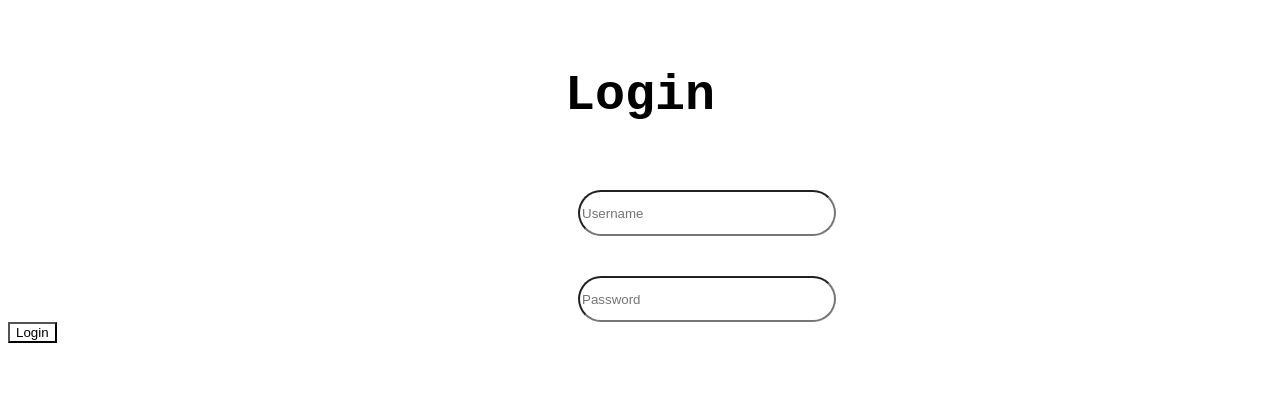
Repository: yhung004/TUTORIAL_PAGE
Page: log_in.html
An editor plug-in stored every save of this project. The page is shown before and after the next save, followed by the edit.
The browser window is 1280 px wide. The pictures show the whole page.

Above is the page before, as saved 2024-04-10 12:35:07.

After the next save:
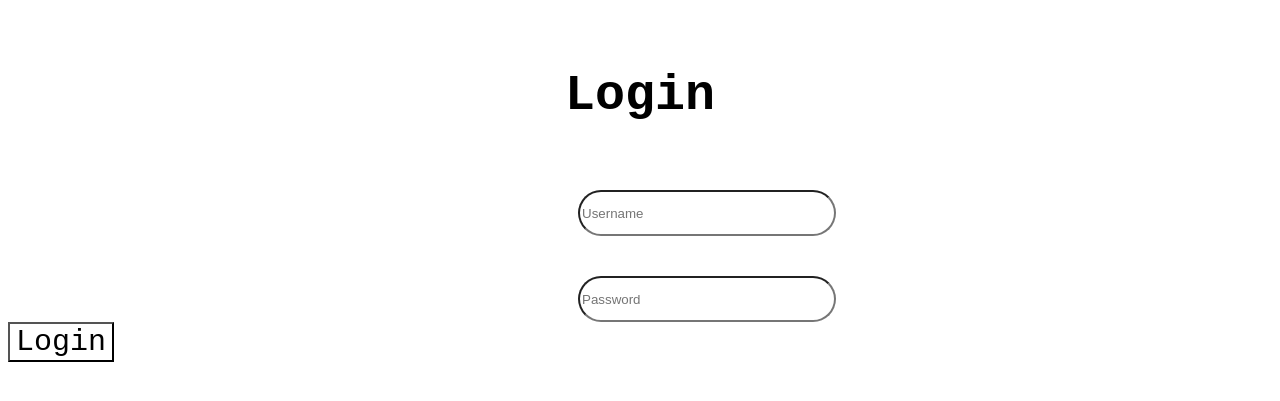
Saved 33 s later.
--- a/main.css
+++ b/main.css
@@ -62,4 +62,6 @@ a.button_a1 {
 .button_in {
     background-color:white;
     color: black;
+    font-size: 30px;
+    font-family: monospace;
 }
